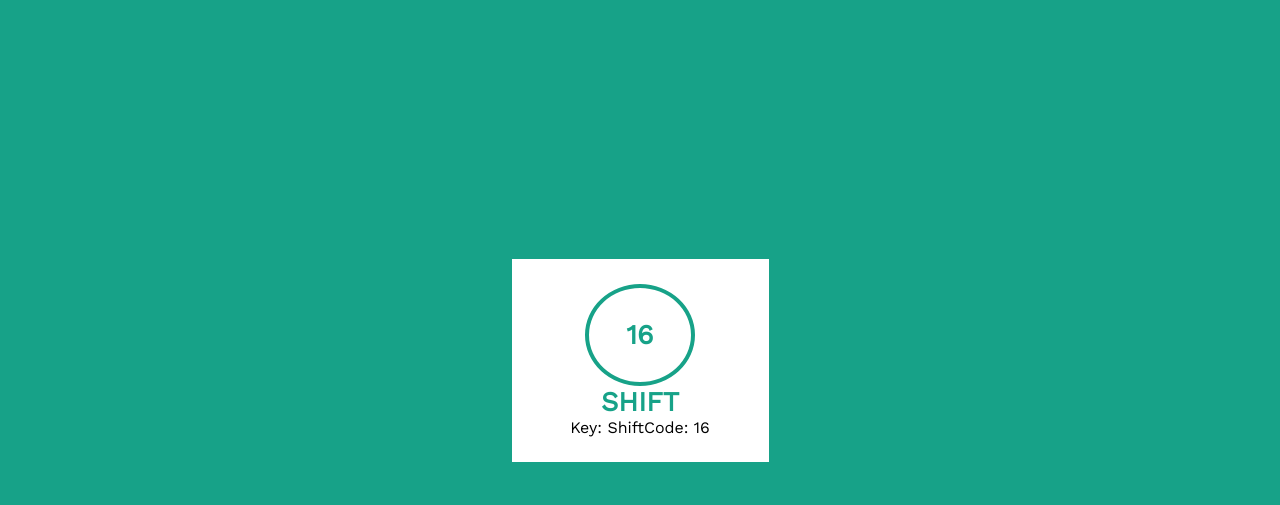
Repository: youssef168/Key-Detection
Page: index.htm
An editor plug-in stored every save of this project. The page is shown before and after the next save, followed by the edit.
The browser window is 1280 px wide. The pictures show the whole page.

Above is the page before, as saved 2021-12-17 11:58:35.

After the next save:
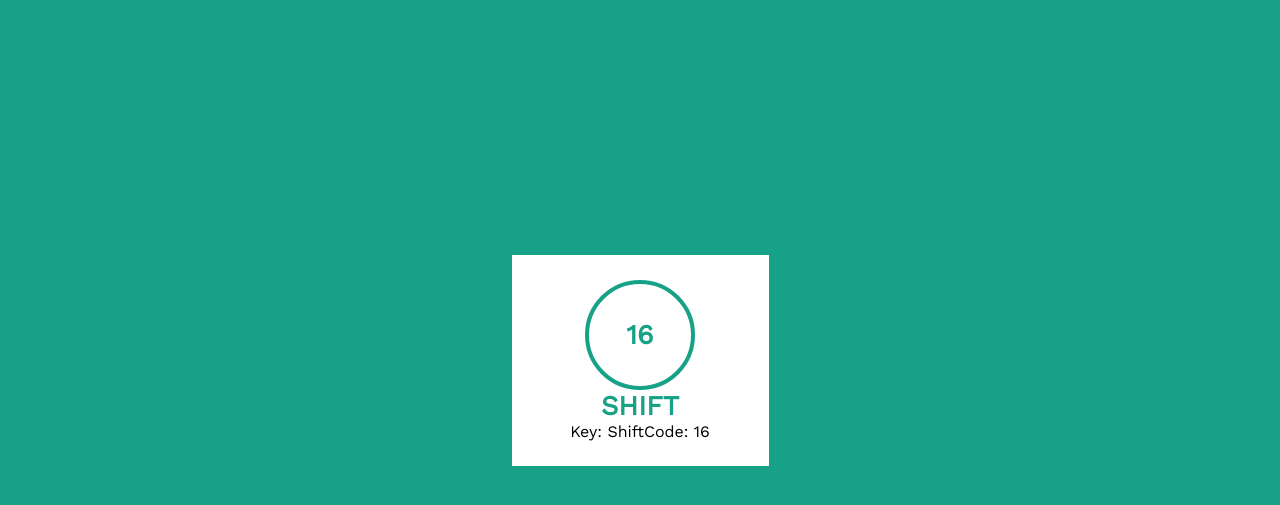
Saved 12 s later.
--- a/style.css
+++ b/style.css
@@ -39,7 +39,7 @@ body {
     border: 4px solid #17A288;
     border-radius: 50%;
     width: 110px;
-    height: 102px;
+    height: 110px;
     font-size: 27px;
 }
 
